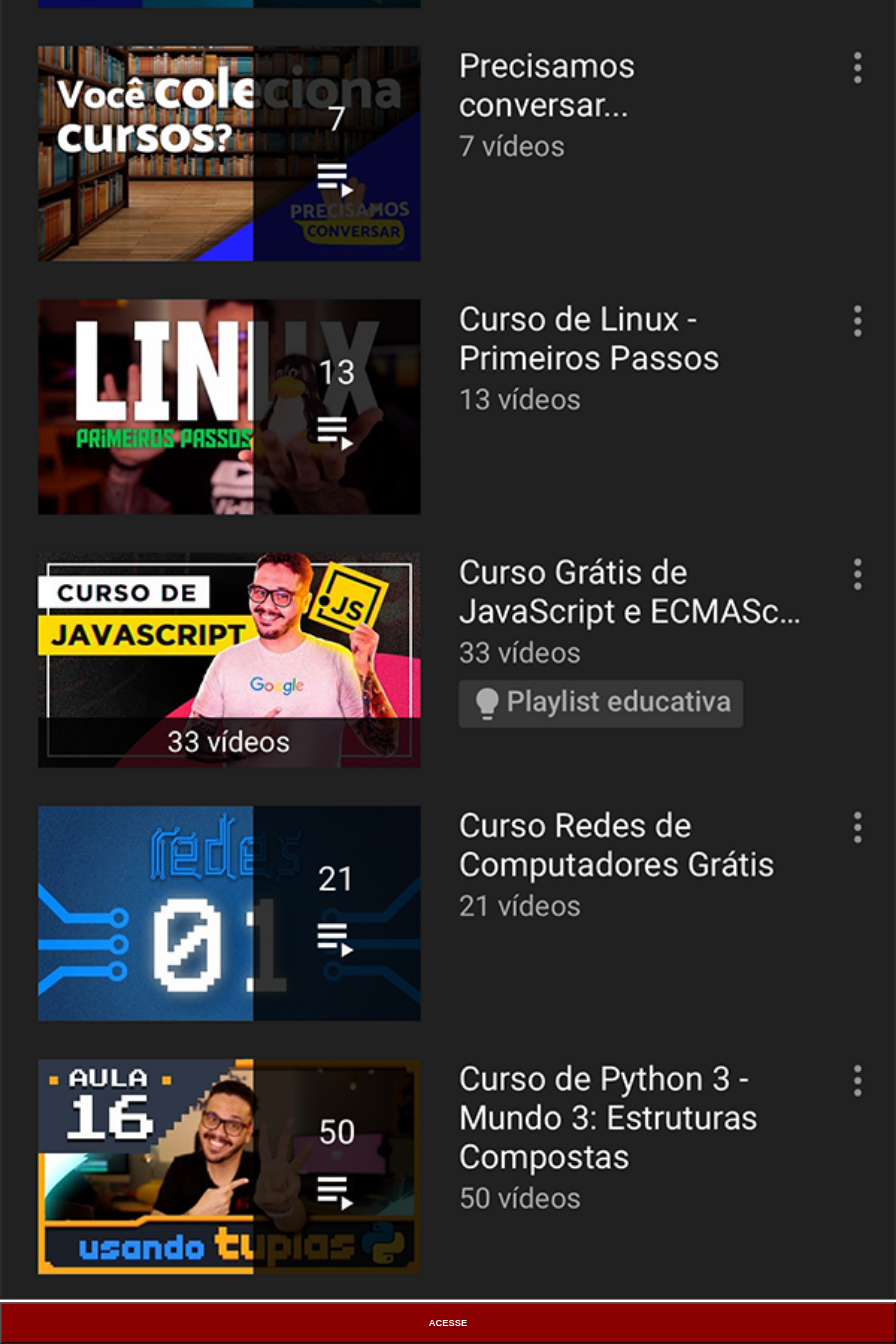
Repository: Lucianorodriguesdev/Projeto-RedeSocial
Page: youtube.html
These files come from the project's save history. The page is drawn as it stood at one moment and after the next save; the edit follows.
The browser window is 1280 px wide. The pictures show the part of the page from y = 4481 to 6401 px (the page is 6401 px tall), at 70% of full size.
The pointer rests on the first visible `a>button`.

Above is the page before, as saved 2026-07-06 12:50:06.

After the next save:
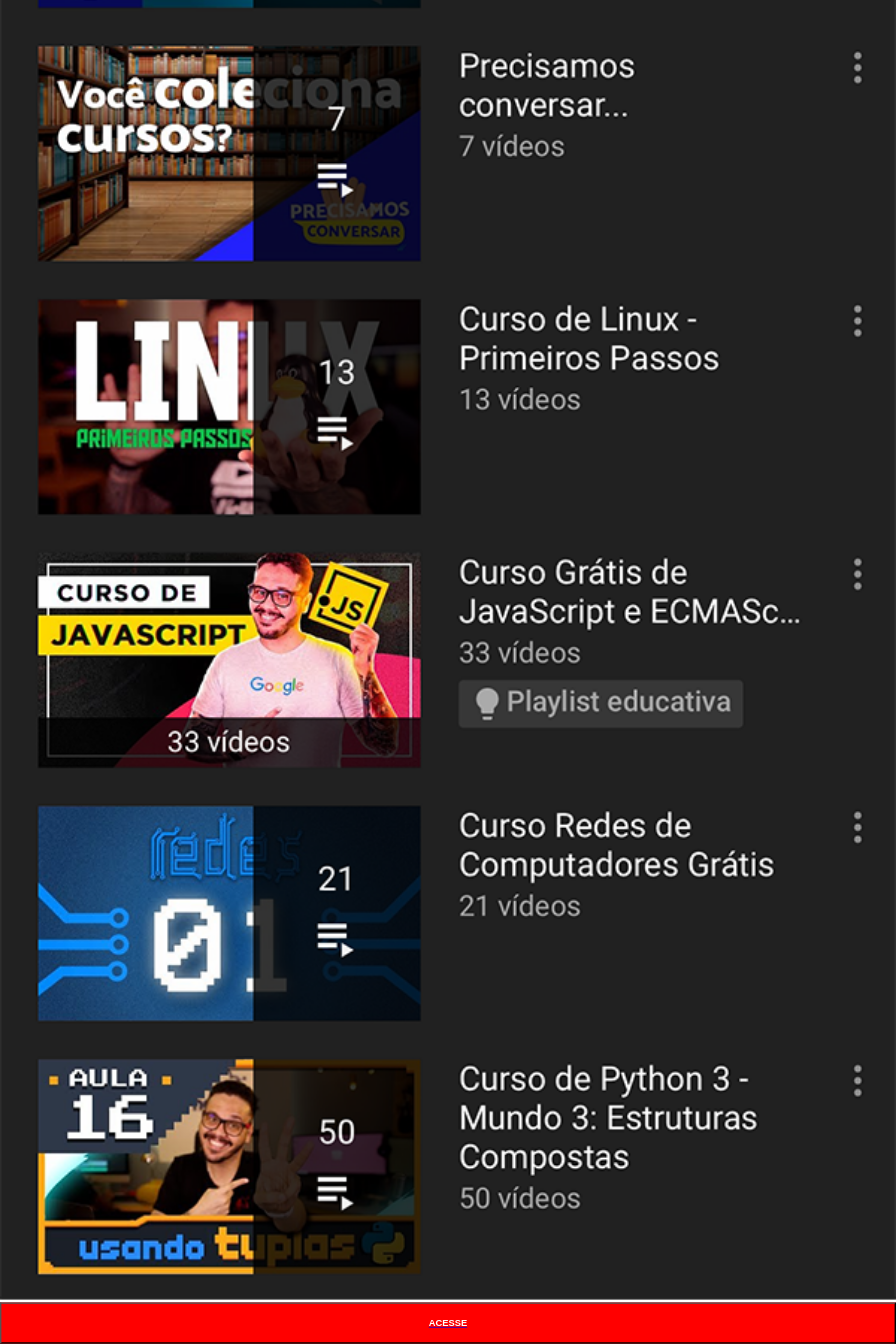
Saved 3 min 13 s later.
--- a/youtube.html
+++ b/youtube.html
@@ -27,6 +27,10 @@
             color:white;
             width: 100vw;
         }
+        a>button:hover{
+            background-color: red;
+            cursor: pointer;
+        }
     </style>
 </head>
 <body>
